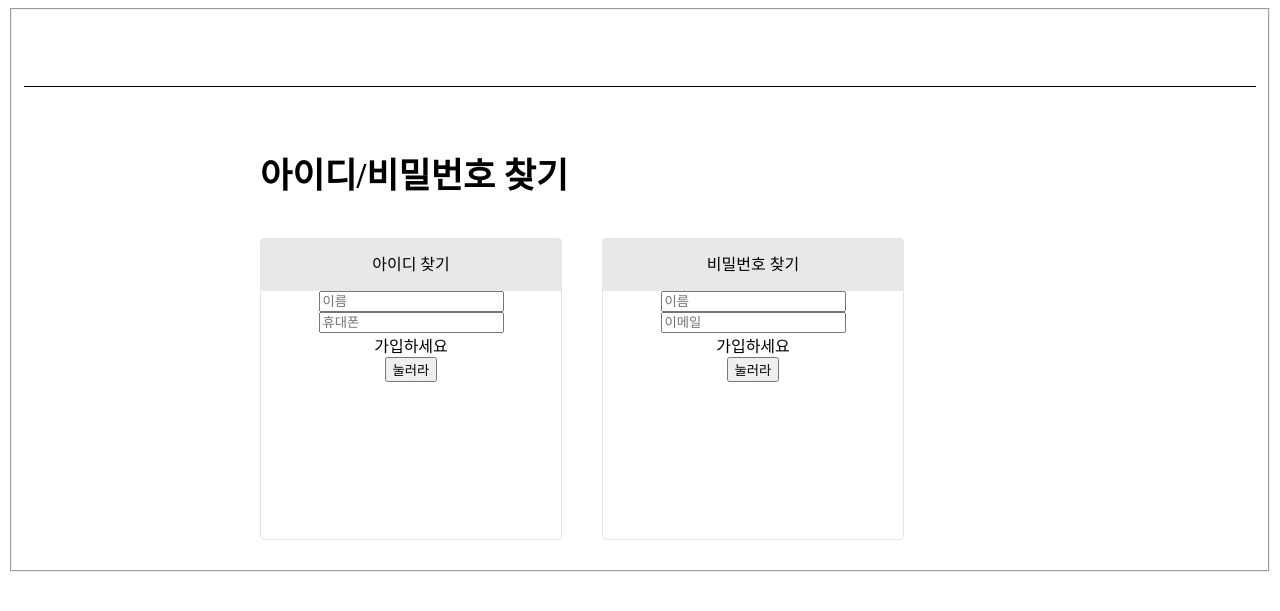
Repository: agheha/trillion
Page: YH/study_project/html/find.html
An editor plug-in stored every save of this project. The page is shown before and after the next save, followed by the edit.
The browser window is 1280 px wide. The pictures show the whole page.

Above is the page before, as saved 2019-09-05 09:23:17.

After the next save:
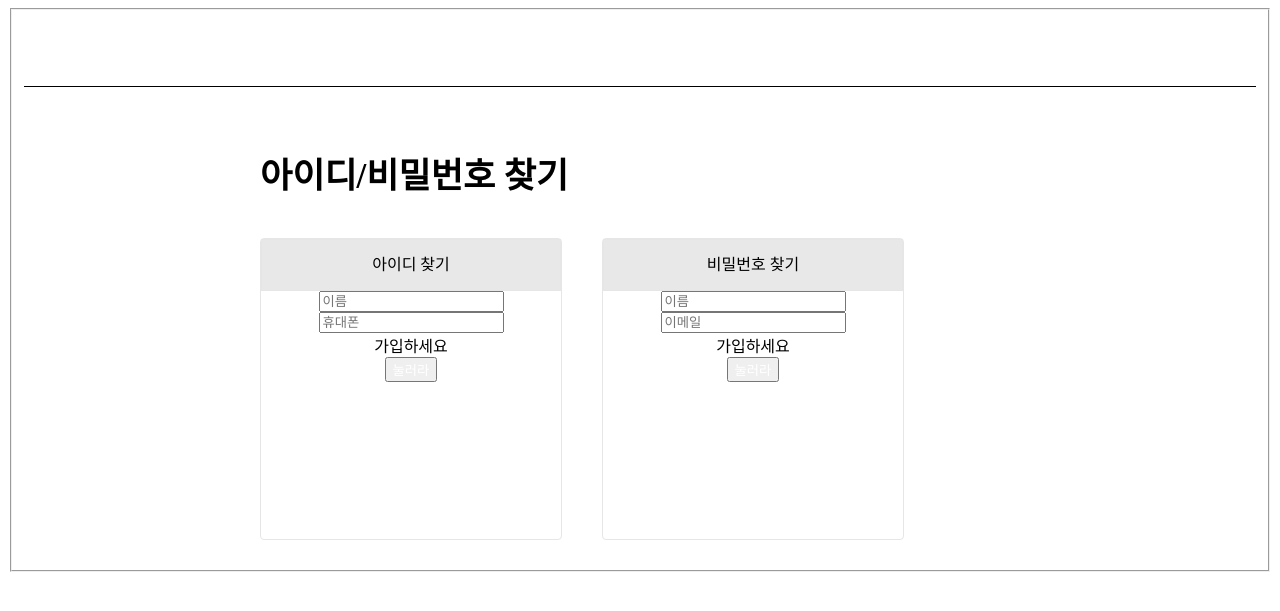
Saved 10 s later.
--- a/YH/study_project/css/find.css
+++ b/YH/study_project/css/find.css
@@ -33,4 +33,5 @@
 
 .find-item-button {
     color :
+    background
 }

After the 3 saves that followed:
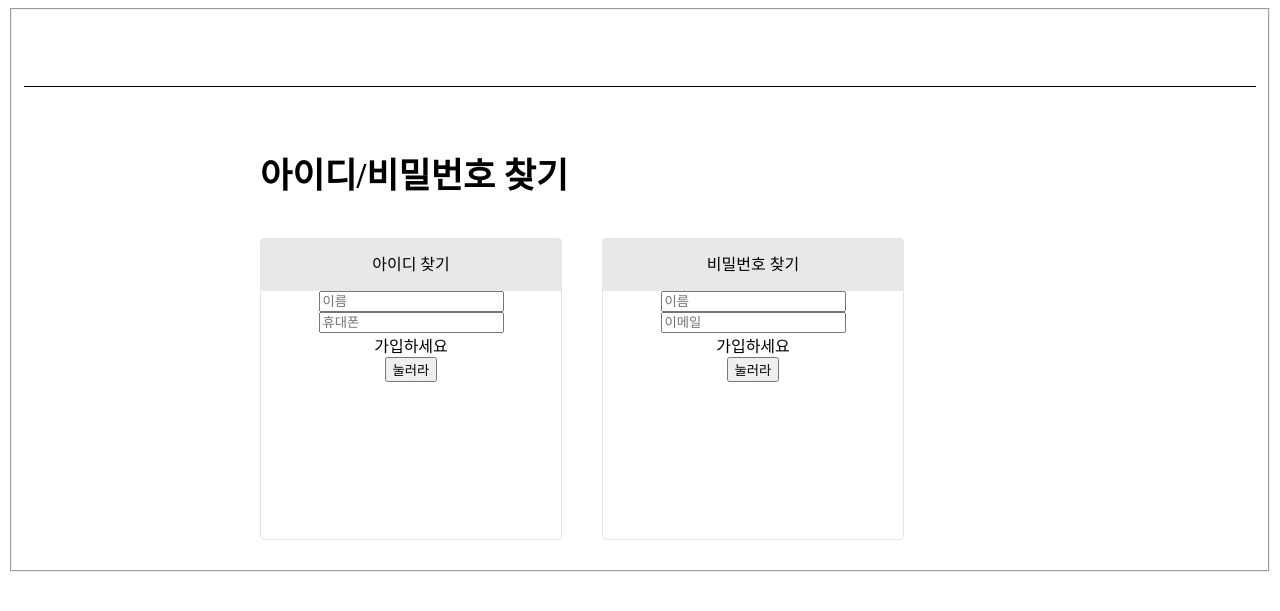
The 3 saves are shown as one change because they came seconds apart.
The last was saved 11 s later.
--- a/YH/study_project/css/find.css
+++ b/YH/study_project/css/find.css
@@ -33,5 +33,6 @@
 
 .find-item-button {
     color :
+    background-color :
     background
 }
